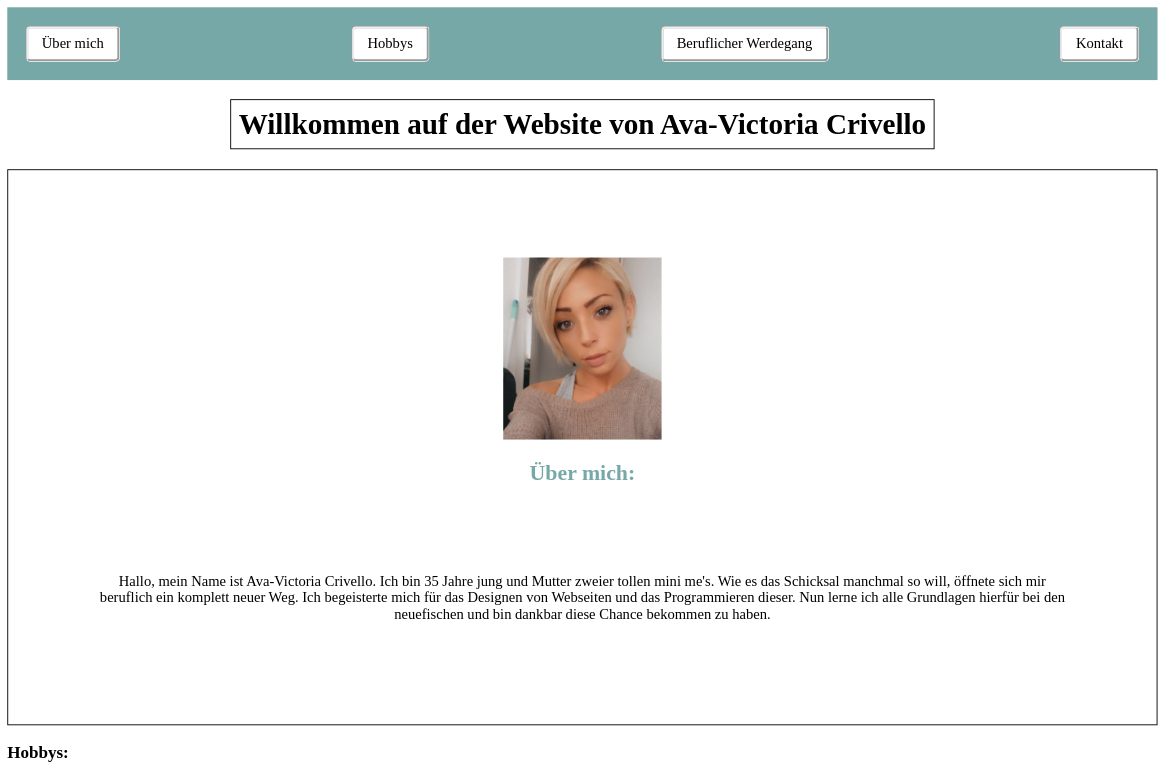
Repository: Ava-VictoriaCrivello/website
Page: index.html
These files come from the project's save history. The page is drawn as it stood at one moment and after the next save; the edit follows.
The browser window is 1280 px wide. The pictures show the whole page, at 91% of full size.
Some web fonts or font styles are not loaded; a fallback is used.

Above is the page before, as saved 2022-05-29 20:33:24.

After the next save:
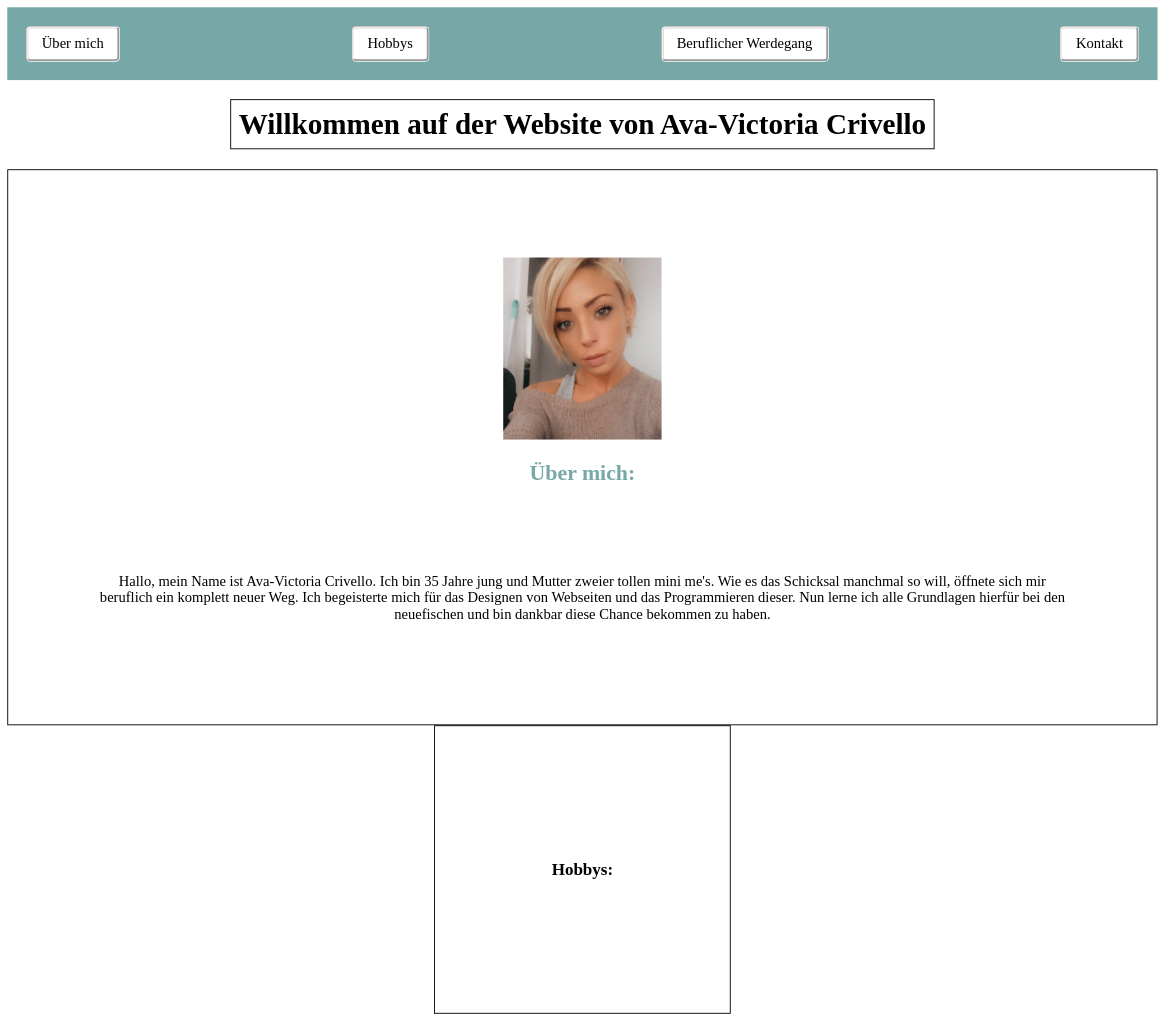
Saved 17 min 47 s later.
--- a/style.css
+++ b/style.css
@@ -46,3 +46,17 @@ article {
   max-width: max-content;
   text-align: center;
 }
+section {
+  font-family: "Tiro Telugu", serif;
+  color: black;
+  border: thin solid;
+  padding: 8em;
+  margin-left: auto;
+  margin-right: auto;
+  max-width: max-content;
+  text-align: center;
+}
+
+p {
+  font-family: "Tiro Telugu", serif;
+}
